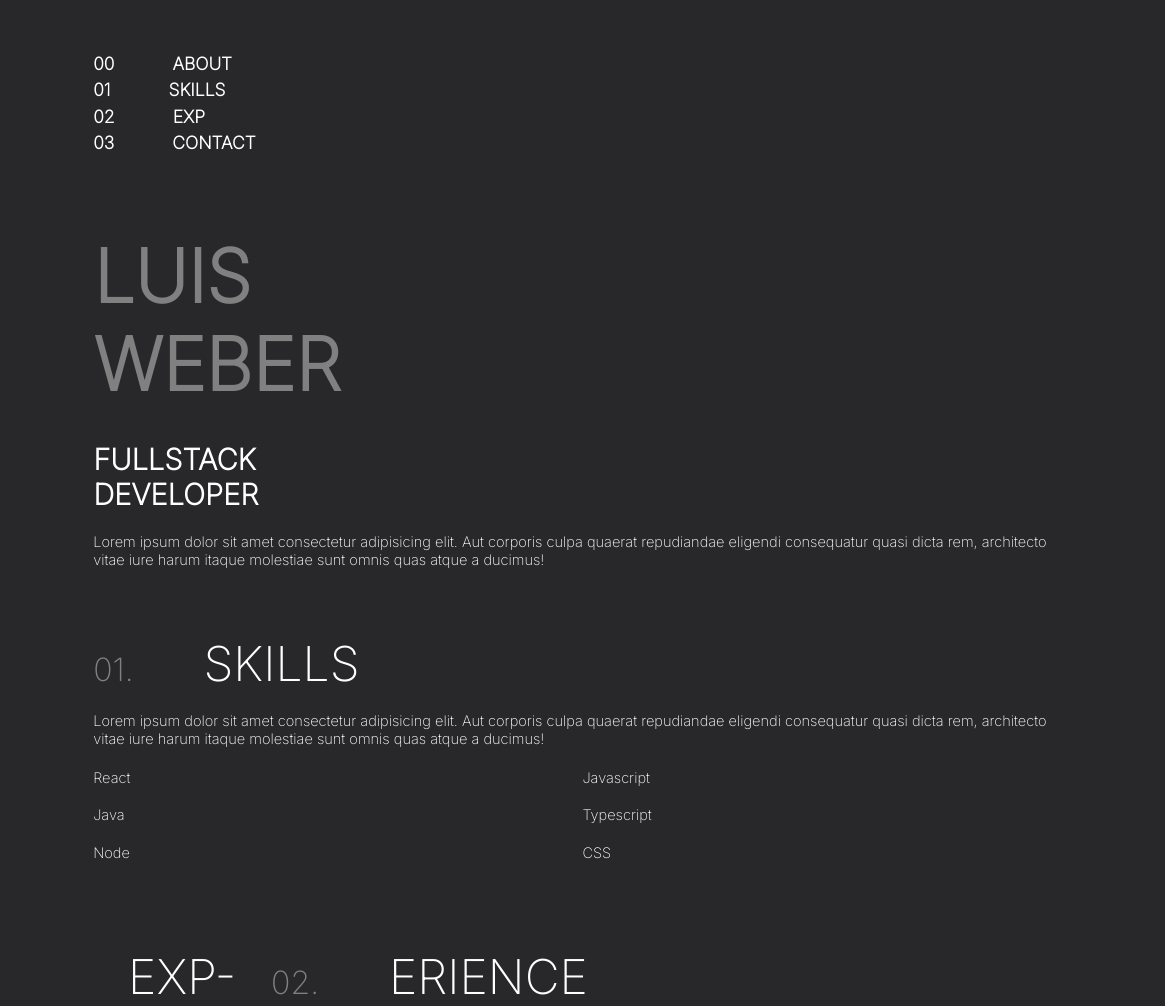
Repository: luiswh1/Portfolio
Page: /
An editor plug-in stored every save of this project. The page is shown before and after the next save, followed by the edit.
The browser window is 1280 px wide. The pictures show the whole page, at 91% of full size.
The project was rebuilt for these pictures with package versions that can differ from the ones it lists, and the page was loaded fresh each time.

Above is the page before, as saved 2023-05-28 16:13:37.

After the next save:
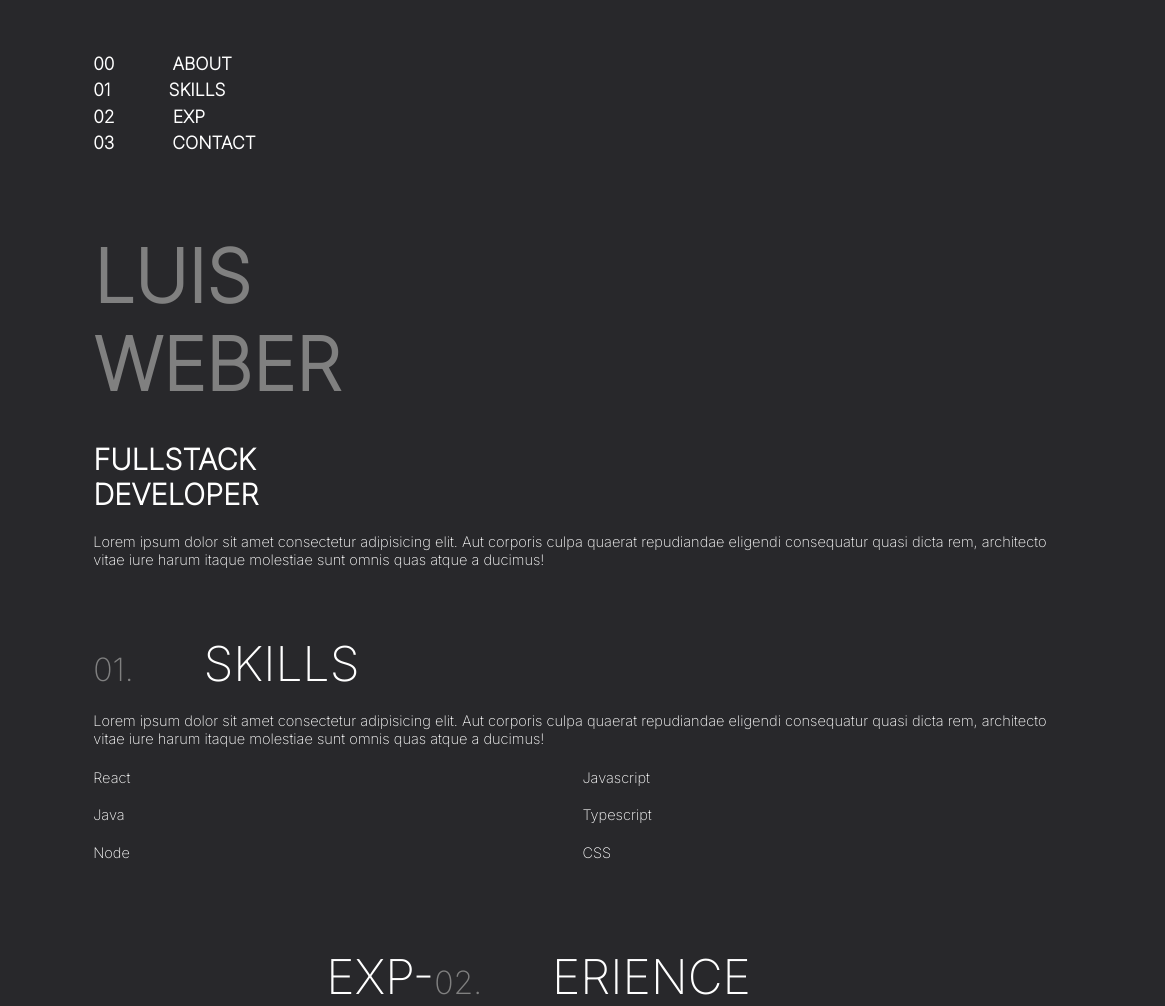
Saved 37 s later.
--- a/src/Pages/HomeStyles.tsx
+++ b/src/Pages/HomeStyles.tsx
@@ -49,8 +49,7 @@ export const IndexTitle = styled.span`
 export const StyledSpanExp = styled.span`
 font-size: 3.3em;
 color: white;
-margin-left: 3vw;
-margin-right: 3vw;
+margin-left: 20vw;
 `
 
 export const ListSkills = styled.div`
